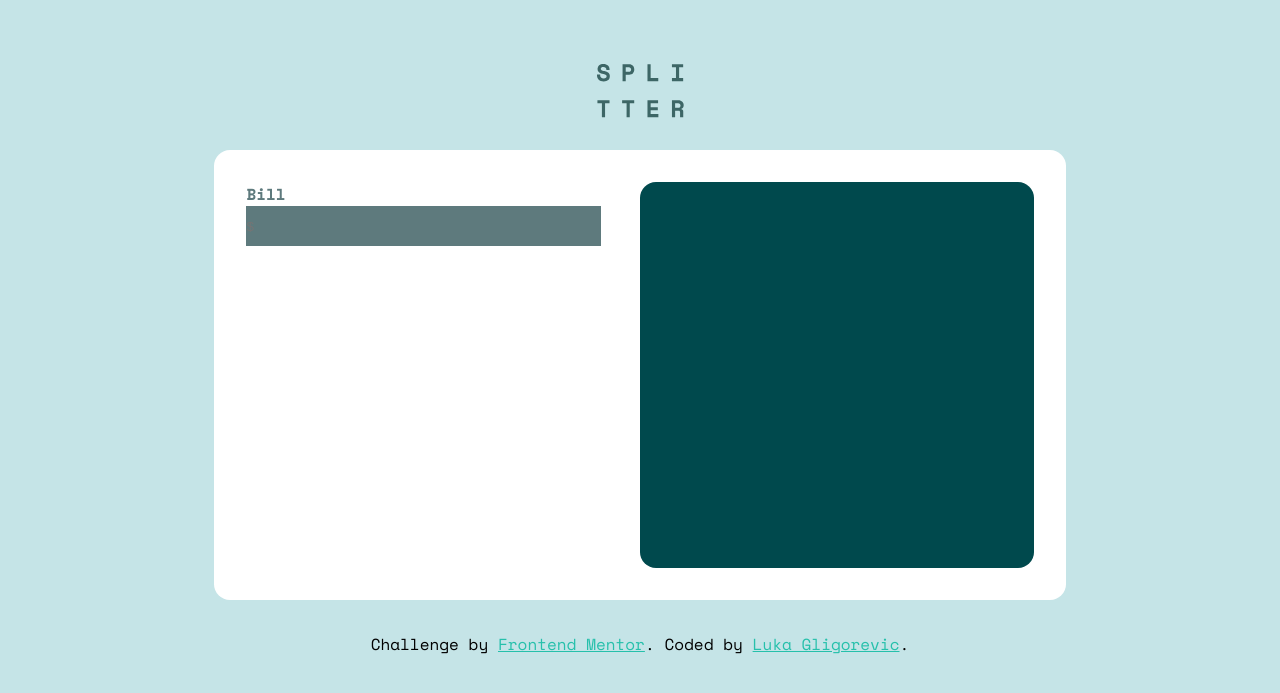
Repository: gligor99/tip-fmentor
Page: /
An editor plug-in stored every save of this project. The page is shown before and after the next save, followed by the edit.
The browser window is 1280 px wide. The pictures show the whole page.
The project was rebuilt for these pictures with package versions that can differ from the ones it lists, and the page was loaded fresh each time.

Above is the page before, as saved 2021-11-26 21:35:13.

After the next save:
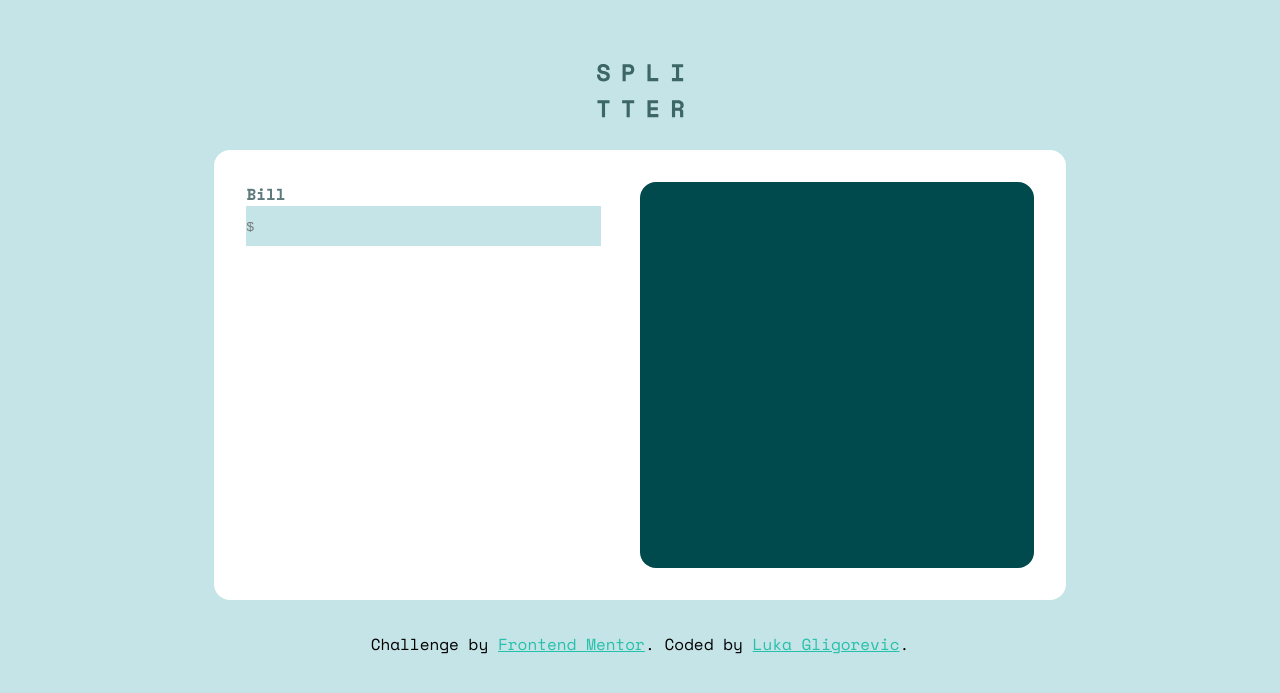
Saved 7 s later.
--- a/src/index.css
+++ b/src/index.css
@@ -83,7 +83,7 @@ body {
   width: 90%;
   height: 2.5rem;
   border: none;
-  background-color: var(--clr-dark-grayish-cyan);
+  background-color: var(--clr-light-grayish-cyan);
 }
 
 @media screen and (max-width: 700px) {
